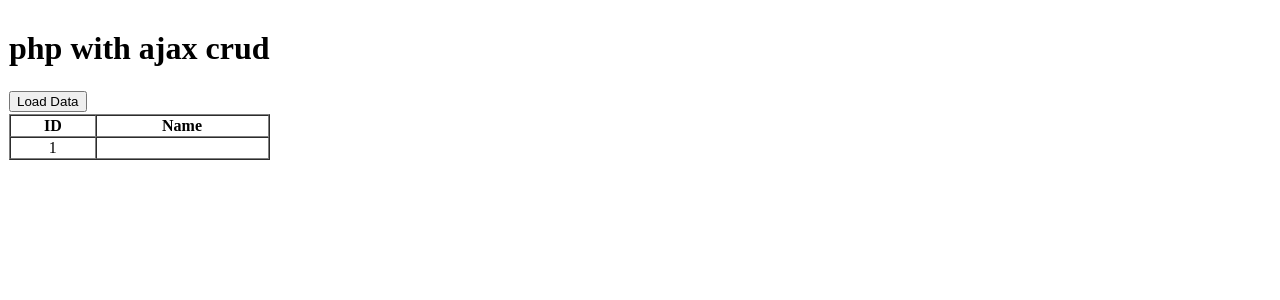
Repository: Tauqeer124/newrepo
Page: http://localhost/showdata.php
These files come from the project's save history. The page is drawn as it stood at one moment and after a run of saves; the edit follows.
The browser window is 1280 px wide. The pictures show the whole page.
The page is run by PHP 8.4 with error messages shown; the project is at /var/www/html/.

Above is the page before, as saved 2023-04-28 11:53:47.

### showdata.php
<!DOCTYPE html>
<html lang="en">
    <head>
        <title> ajax example</title>
    </head>
    <body>
        <table id="main" border="0" cellspacing="0">
            <tr >
                <td id="header">
                    <h1>php with ajax crud</h1>
                </td>
            </tr>
            <tr>
                <td id="table-load">
                    <input type="button" id="load-button" value="Load Data" >
                </td>
            </tr>
            <tr>
                <td id="table-data">
                    <table border="1" cellspacing="0" cellpading="10px" width="100%" >
                        <tr>
                            <th>ID</th>
                            <th>Name</th>
                        </tr>
                        <tr>
                            <td align="center">1</td>
                            <td align="center"></td>
                        </tr>

                    </table>
                </td>
            </tr>
        </table>
    </body>

</html>

After the next 5 saves:
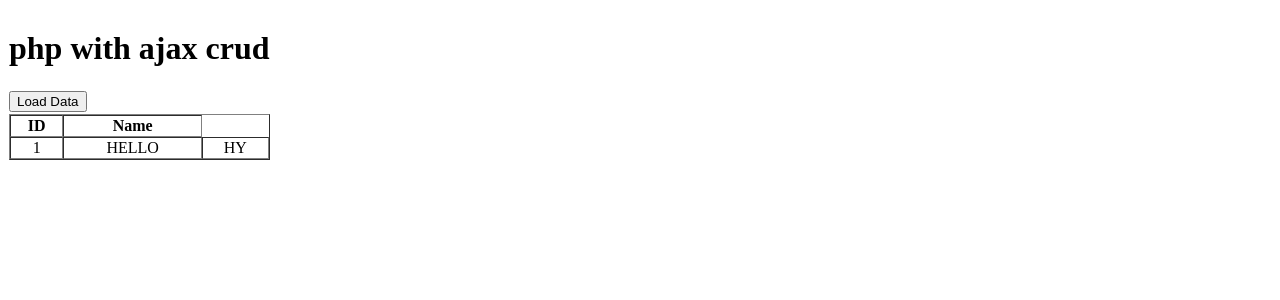
The 5 saves are shown as one change because they came seconds apart.
The last was saved 12 s later.
--- a/showdata.php
+++ b/showdata.php
@@ -24,7 +24,8 @@
                         </tr>
                         <tr>
                             <td align="center">1</td>
-                            <td align="center"></td>
+                            <td align="center">HELLO</td>
+                            <td align="center">HY</td>
                         </tr>
 
                     </table>
